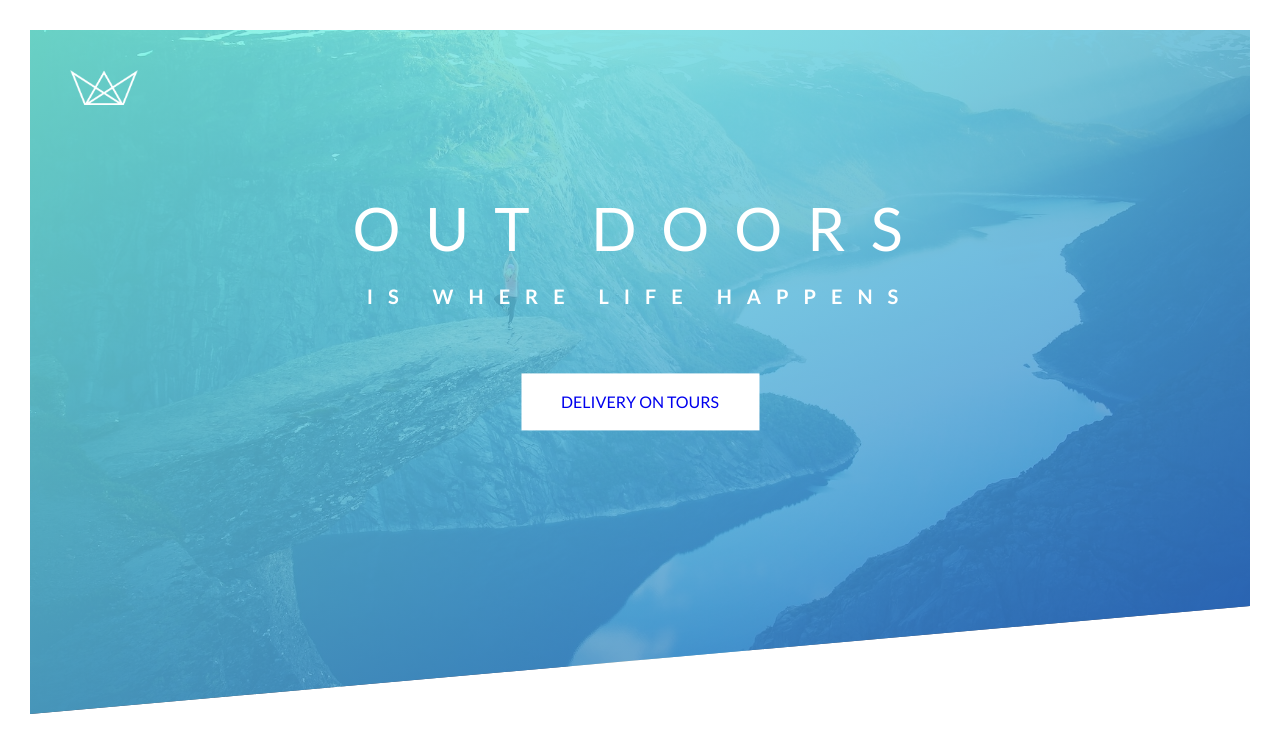
Repository: haokiet2501/natours-page
Page: index.html
These files come from the project's save history. The page is drawn as it stood at one moment and after the next save; the edit follows.
The browser window is 1280 px wide. The pictures show the whole page.

Above is the page before, as saved 2022-07-31 19:24:57.

### index.html
<!DOCTYPE html>
<html lang="en">
<head>
    <meta charset="UTF-8">
    <meta http-equiv="X-UA-Compatible" content="IE=edge">
    <meta name="viewport" content="width=device-width, initial-scale=1.0">
    <link rel="shortcut icon" href="img/favicon.png" type="image/x-icon">
    <link rel="stylesheet" href="styles.css">
    <title>Natours</title>
</head>
<body>
    <header class="header">
        <div class="logo">
            <img src="img/logo-white.png" alt="Logo" class="logo-img">
        </div>
        <div class="heading">
            <h1 class="heading-text">
                <span class="heading-subtitle">
                    Out doors
                </span>
                <span class="heading-subtext">
                    is where life happens
                </span>
            </h1>

            <a href="#" class="btn btn-white">Delivery on tours</a>
        </div>
    </header>
</body>
</html>

### styles.css
@import url('https://fonts.googleapis.com/css2?family=Lato:wght@300;400;700;900&display=swap');

* {
    margin: 0;
    padding: 0;
    box-sizing: border-box;
}

:root {
    --lighten-blue: #69ffd7;
    --medium-blue: #3badd4;
    --dark-blue: #1b92c2;
}

body {
    font-family: "Lato", sans-serif;
    line-height: 1.7;
    font-weight: 400;
    font-size: 16px;
    color: #777;
    padding: 30px;
}

html {
    scroll-behavior: smooth;
}

.header {
    position: relative;
    height: 95vh;
    background-image: linear-gradient(
        to right bottom,
        rgba(126, 255, 232, 0.8),
        rgba(40, 107, 208, 0.8)
        ) ,url("./img/hero.jpg");
    background-size: cover;
    background-position: top;
    clip-path: polygon(0 0, 100% 0, 100% 80vh, 0 100%);
}

.logo {
    position: absolute;
    top: 40px;
    left: 40px;
}

.logo-img {
    height: 35px;
}

.heading {
    position: absolute;
    top: 40%;
    left: 50%;
    transform: translate(-50%, -50%);
    text-align: center;
}

.heading-text {
    color: #fff;
    text-transform: uppercase;
    backface-visibility: hidden;

    margin-bottom: 60px;
}

.heading-subtitle {
    display: block;
    font-size: 60px;
    font-weight: 400;
    letter-spacing: 25px;
    animation: 1s moveLeft ease-out;
}

.heading-subtext {
    display: block;
    font-size: 20px;
    font-weight: 700;
    letter-spacing: 15px;
    animation: 1s moveRight ease-out;
}

@keyframes moveLeft{
    0% {
        opacity: 0;
        transform: translateX(-100px);
    }
    80% {
        transform: translateX(20px);
    }
    100% {
        opacity: 1;
        transform: translate(0);
    }
}

@keyframes moveRight{
    0% {
        opacity: 0;
        transform: translateX(100px);
    }
    80% {
        transform: translateX(-20px);
    }
    100% {
        opacity: 1;
        transform: translate(0);
    }
}

.btn:link,
.btn:visited {
    text-decoration: none;
    text-transform: uppercase;
    padding: 15px 40px;
    display: inline-block;
}

.btn-white {
    background-color: #fff;
}

After the next save:
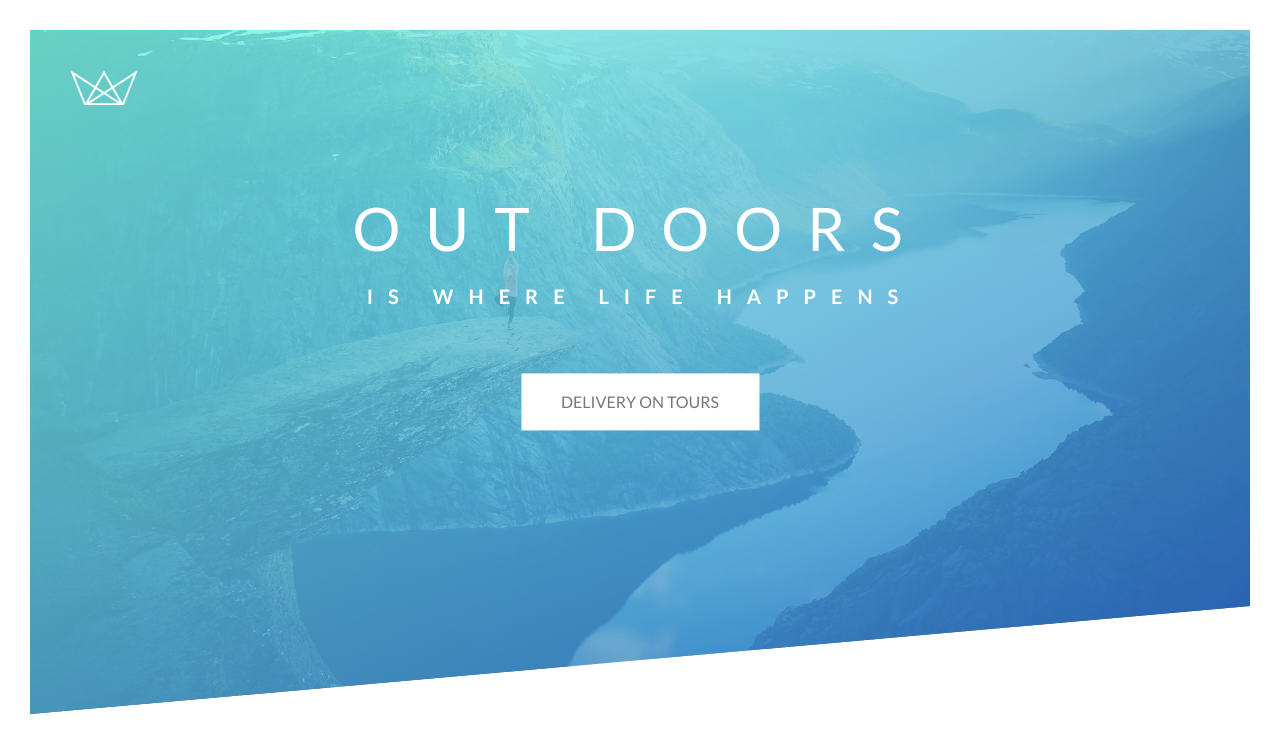
Saved 6 s later.
--- a/styles.css
+++ b/styles.css
@@ -118,4 +118,5 @@ html {
 
 .btn-white {
     background-color: #fff;
+    color: #777;
 }
